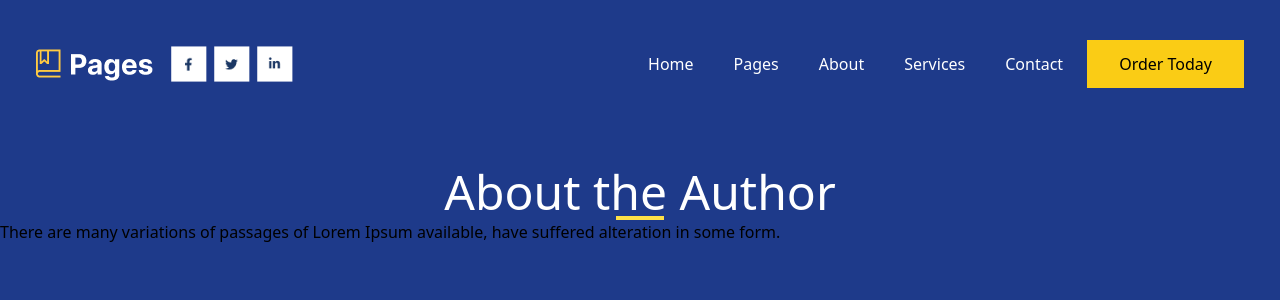
Repository: Godnorg/Class3
Page: index.html
The author's editor kept a copy of each file at every save. The page is drawn from the files as they stood at one save, then again after a run of saves.
The browser window is 1280 px wide. The pictures show the whole page.
Some web libraries are served in a nearby version.

Above is the page before, as saved 2023-02-18 00:53:16.

### index.html
<!DOCTYPE html>
<html lang="en">
<head>
    <meta charset="UTF-8">
    <meta http-equiv="X-UA-Compatible" content="IE=edge">
    <meta name="viewport" content="width=device-width, initial-scale=1.0">
    <title>Class3</title>
    <script src="https://cdn.tailwindcss.com"></script>
</head>
<body class="w-full bg-blue-900">
<div class="flex items-center justify-between w-full pt-10 mx-auto px-9 max-w-7xl">
    <div class="flex gap-4 ">
    <img src="./Logo.png">
    <img src="./soc-icons.png" class="h-9">
    </div>
    <div class="flex gap-6">
        <ul class="flex items-center gap-10 text-white">
            <li><a href="#">Home</a></li>
            <li><a href="#">Pages</a></li>
            <li><a href="#">About</a></li>
            <li><a href="#">Services</a></li>
            <li><a href="#">Contact</a></li>
        </ul>
        <button class="px-8 py-3 mx-auto bg-yellow-400 font-sans-serif">Order Today</button>
    </div>
    </div>
    <h1 class="items-center pt-20 text-5xl text-center text-white pb">About the Author</h1>
        <div
            class="items-center w-12 h-1 mx-auto text-center bg-yellow-300">
        </div>
        <p>There are many variations of passages of Lorem Ipsum available, have suffered alteration in some form.</p>


</body>
</html>

After the next 2 saves:
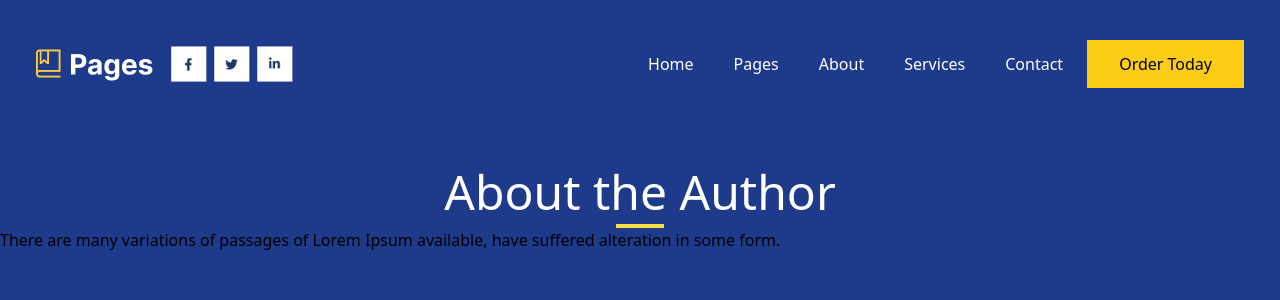
The 2 saves are shown as one change because they came seconds apart.
The last was saved 6 s later.
--- a/index.html
+++ b/index.html
@@ -24,7 +24,7 @@
         <button class="px-8 py-3 mx-auto bg-yellow-400 font-sans-serif">Order Today</button>
     </div>
     </div>
-    <h1 class="items-center pt-20 text-5xl text-center text-white pb">About the Author</h1>
+    <h1 class="items-center pt-20 pb-2 text-5xl text-center text-white">About the Author</h1>
         <div
             class="items-center w-12 h-1 mx-auto text-center bg-yellow-300">
         </div>

After the save that followed:
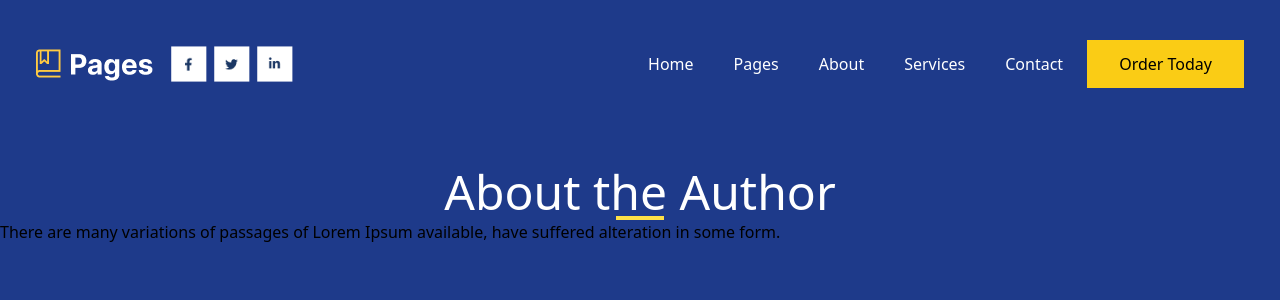
Saved 16 s later.
--- a/index.html
+++ b/index.html
@@ -24,7 +24,7 @@
         <button class="px-8 py-3 mx-auto bg-yellow-400 font-sans-serif">Order Today</button>
     </div>
     </div>
-    <h1 class="items-center pt-20 pb-2 text-5xl text-center text-white">About the Author</h1>
+    <h1 class="items-center pt-20 text-5xl text-center text-white pb-26">About the Author</h1>
         <div
             class="items-center w-12 h-1 mx-auto text-center bg-yellow-300">
         </div>
